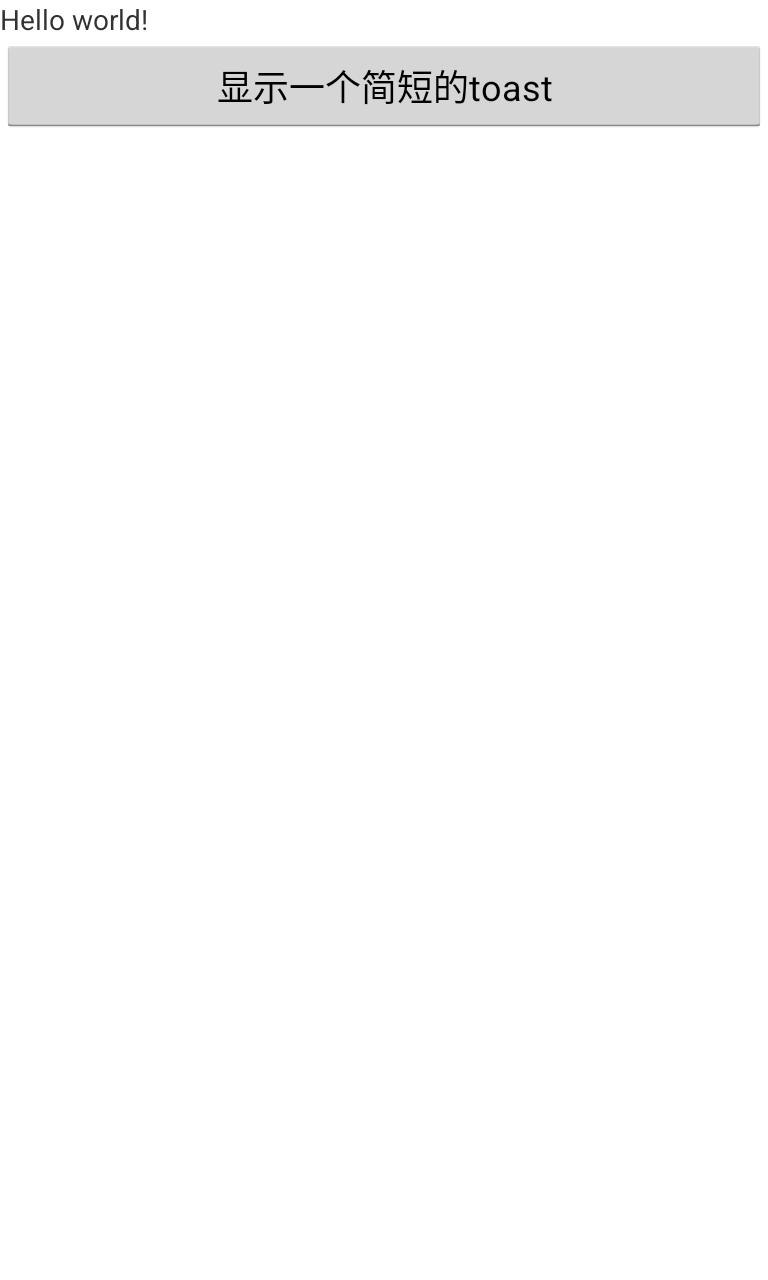
Repository: avenosu/android-coding-practice
Layout: Z008Toast(word and picture)/res/layout/activity_main.xml
The author's editor kept a copy of each file at every save. The layout is drawn from the files as they stood at one save, then again after the next save.
It is drawn on a 768 x 1280 px phone screen (xhdpi) without system bars, with theme AppTheme; the app's code is not run.

Above is the layout before, as saved 2015-03-26 05:20:30.

### Z008Toast(word and picture)/res/layout/activity_main.xml
<LinearLayout xmlns:android="http://schemas.android.com/apk/res/android"
    xmlns:tools="http://schemas.android.com/tools"
    android:layout_width="match_parent"
    android:layout_height="match_parent"
    android:orientation="vertical"
    tools:context="com.ZZZ.z008toast.MainActivity" >

    <TextView
        android:id="@+id/textView1"
        android:layout_width="wrap_content"
        android:layout_height="wrap_content"
        android:text="@string/hello_world" />

    <Button
        android:id="@+id/mainactivity_button1"
        android:layout_width="fill_parent"
        android:layout_height="wrap_content"
        android:text="显示一个简短的toast" />

</LinearLayout>

### Z008Toast(word and picture)/res/values/strings.xml
<?xml version="1.0" encoding="utf-8"?>
<resources>

    <string name="app_name">Z008Toast</string>
    <string name="hello_world">Hello world!</string>
    <string name="action_settings">Settings</string>

</resources>

Loaded but not shown: Z008Toast(word and picture)/res/values/styles.xml (common file); Z008Toast(word and picture)/res/values-v11/styles.xml (common file); Z008Toast(word and picture)/res/values-v14/styles.xml (common file)

After the next save:
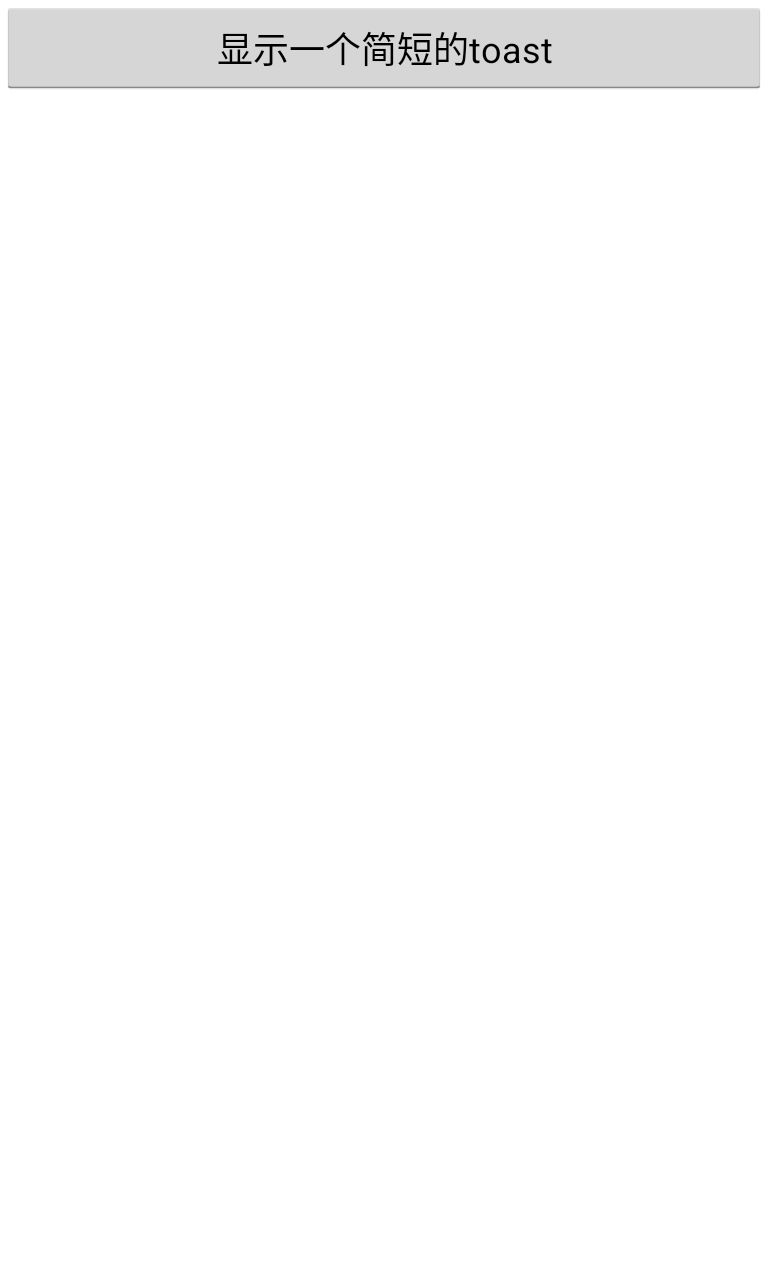
Saved 10 s later.
--- a/Z008Toast(word and picture)/res/layout/activity_main.xml
+++ b/Z008Toast(word and picture)/res/layout/activity_main.xml
@@ -5,11 +5,6 @@
     android:orientation="vertical"
     tools:context="com.ZZZ.z008toast.MainActivity" >
 
-    <TextView
-        android:id="@+id/textView1"
-        android:layout_width="wrap_content"
-        android:layout_height="wrap_content"
-        android:text="@string/hello_world" />
 
     <Button
         android:id="@+id/mainactivity_button1"
